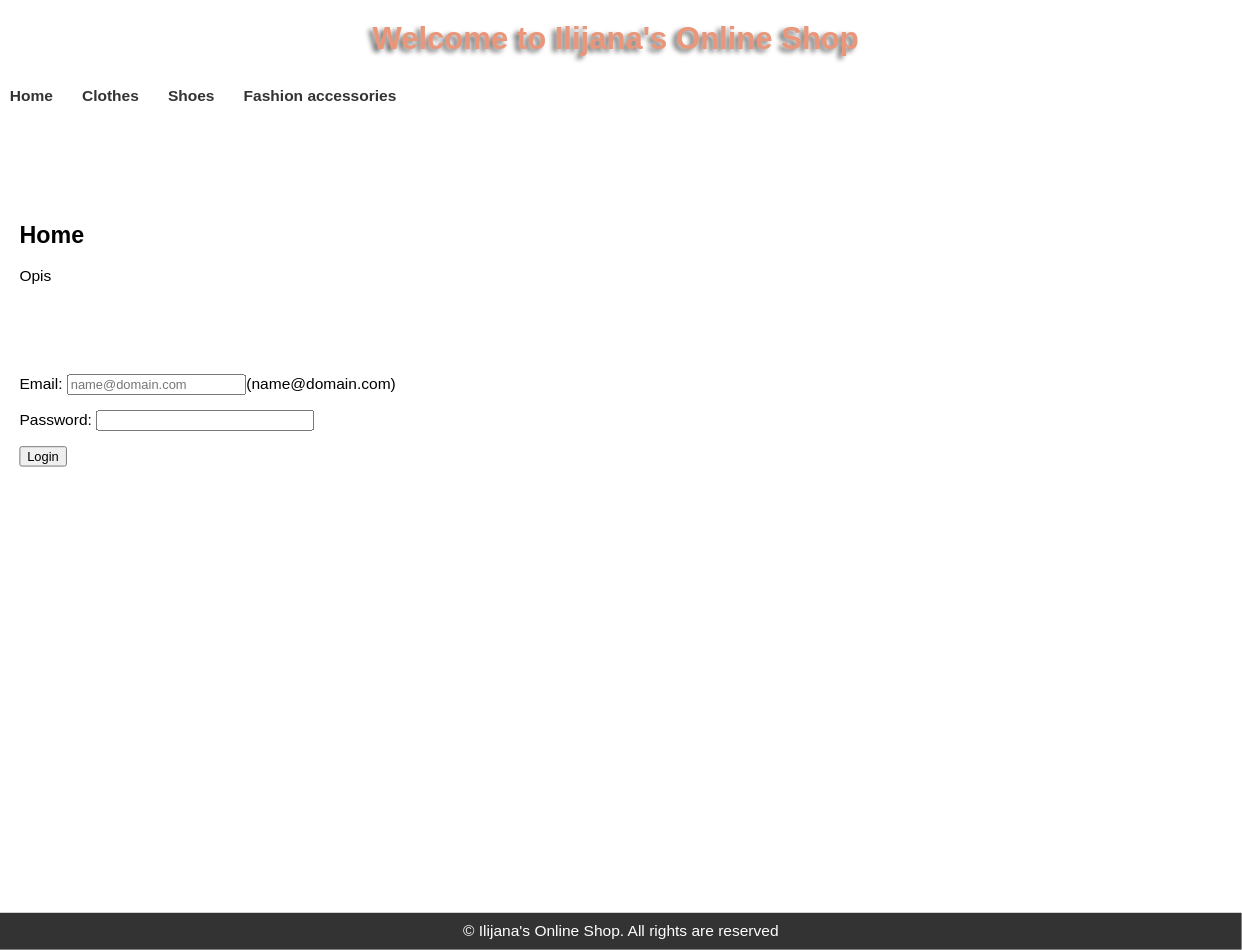
Repository: ilijana123/Proekt1
Page: html.html
These files come from the project's save history. The page is drawn as it stood at one moment and after the next save; the edit follows.
The browser window is 1280 px wide. The pictures show the whole page, at 97% of full size.

Above is the page before, as saved 2023-11-12 23:28:54.

After the next save:
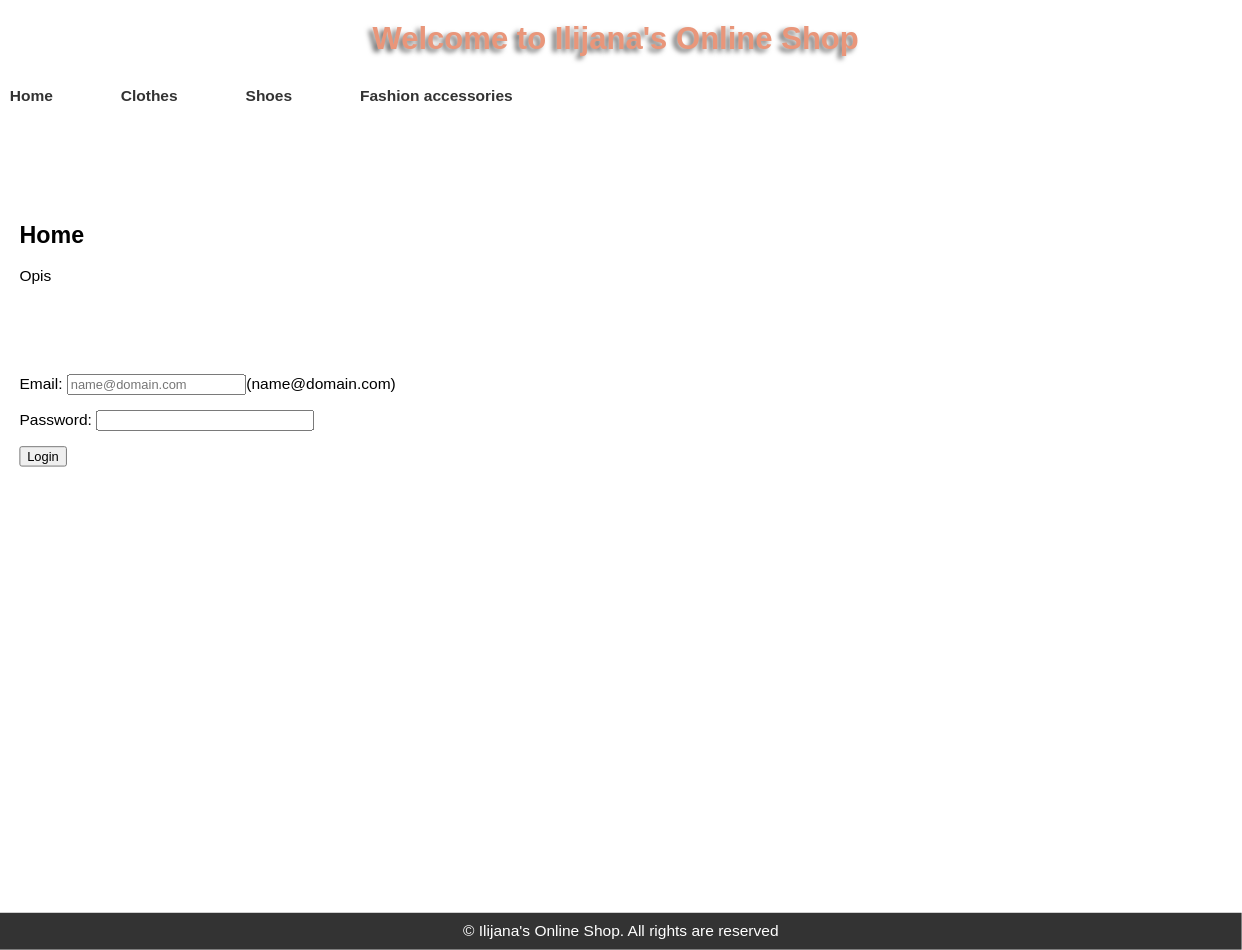
Saved 9 s later.
--- a/1.css
+++ b/1.css
@@ -28,7 +28,7 @@ h1  {
     nav ul li {
         display: block; /* Set the display property to block */
         margin-bottom: 50px;
-        margin-right: 30px;
+        margin-right: 70px;
     }
     section {
         padding: 20px;
